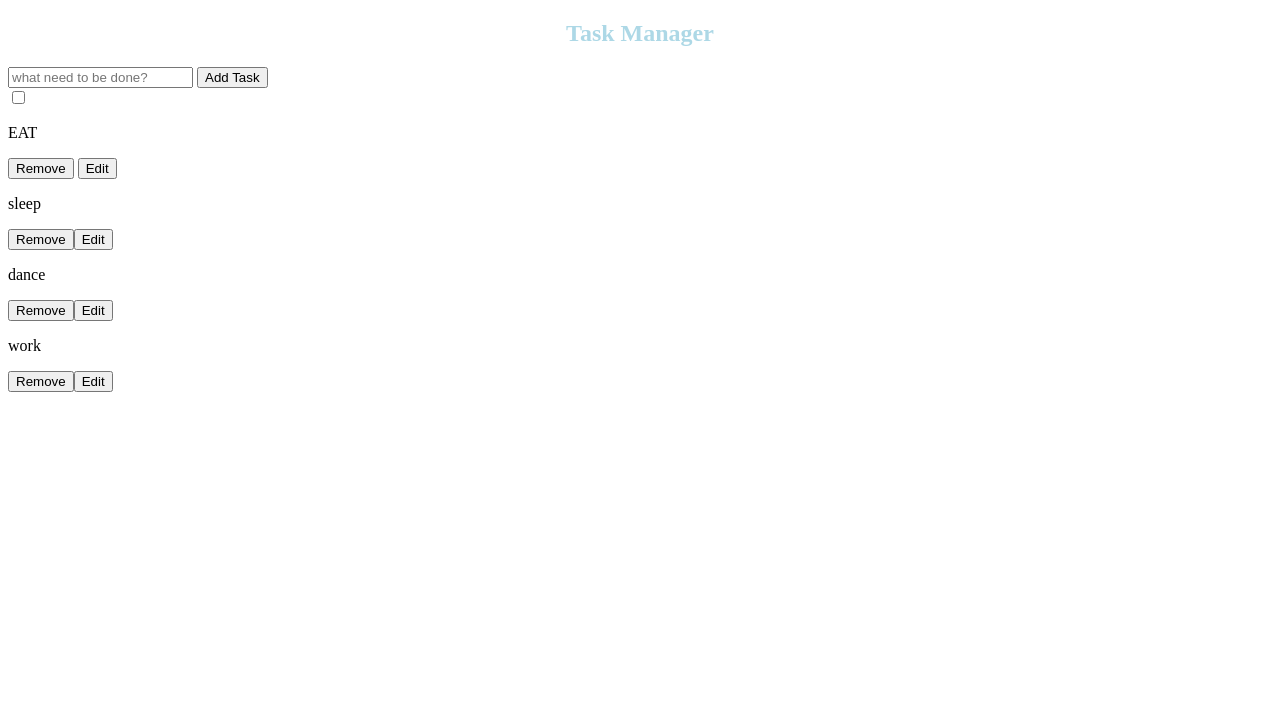
Repository: sristigupta04/basic-js-project
Page: todo app/title.html
The author's editor kept a copy of each file at every save. The page is drawn from the files as they stood at one save, then again after the next save.
The browser window is 1280 px wide. The pictures show the whole page.

Above is the page before, as saved 2025-10-28 17:49:12.

### todo app/title.html
<!DOCTYPE html>
<html lang="en">
<head>
    <meta charset="UTF-8">
    <meta name="viewport" content="width=device-width, initial-scale=1.0">
    <title>Todo App</title>
    <link rel="stylesheet" href="title.css"/>
</head>
<body>
    <h2> Task Manager</h2>
    <div class="contain">
        <input type="text" placeholder="what need to be done?"></input>
        <button>Add Task</button>

        <div class="row">
            <input type="checkbox">
            <p> EAT</p> <button>Remove</button> <button>Edit</button>
            <p>sleep</p> <button>Remove</button><button>Edit</button>
            <p>dance</p> <button>Remove</button><button>Edit</button>
            <p>work</p> <button>Remove</button><button>Edit</button>
        </div>
    </div>
</body>
</html>

### todo app/title.css
.body{

    text-align: center;
    font-family: 'Trebuchet MS', 'Lucida Sans Unicode', 'Lucida Grande', 'Lucida Sans', Arial, sans-serif;
    margin:0;
    padding: 0;
}

h2{
color:lightblue;
margin-top: 20px;
justify-content: center;
display: flex;
}

After the next save:
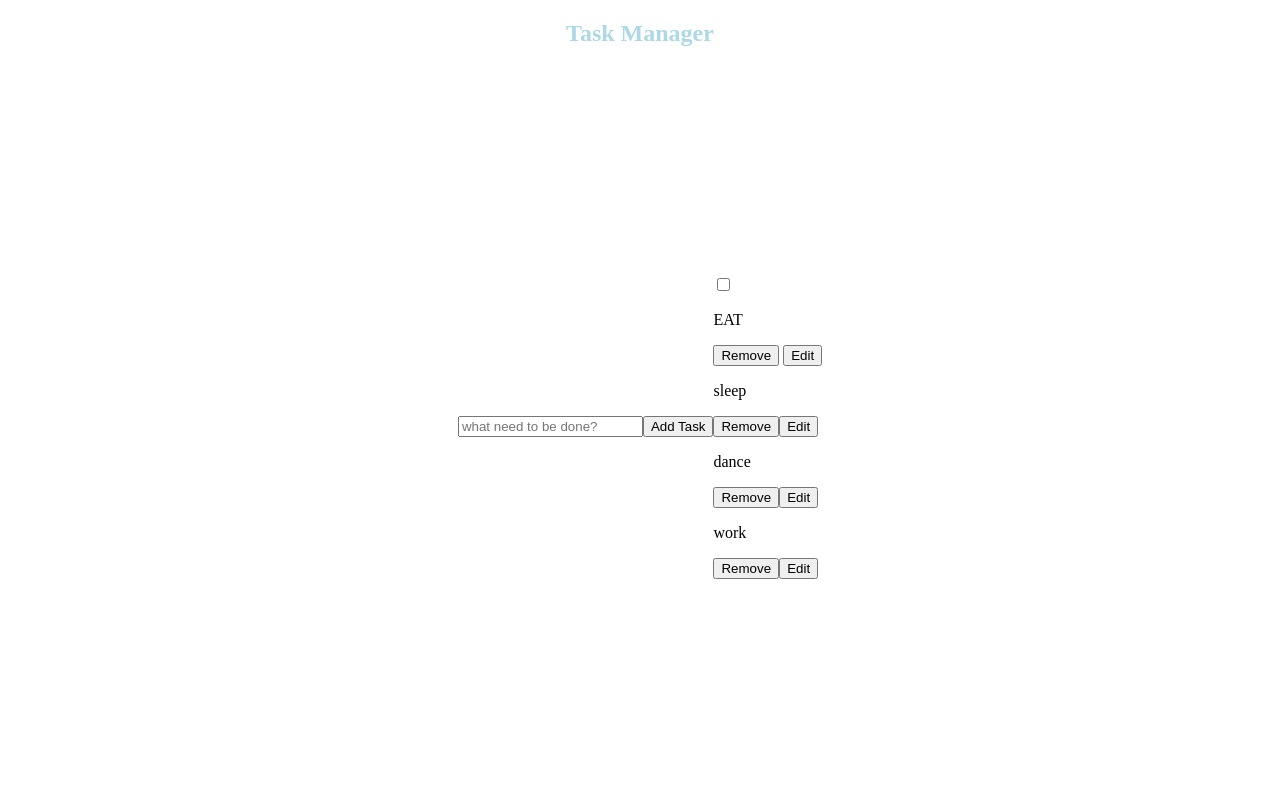
Saved 52 s later.
--- a/todo app/title.css
+++ b/todo app/title.css
@@ -12,3 +12,9 @@ margin-top: 20px;
 justify-content: center;
 display: flex;
 }
+.contain{
+    display: flex;
+    justify-content: center;
+    align-items: center;
+    height:100vh;
+}
